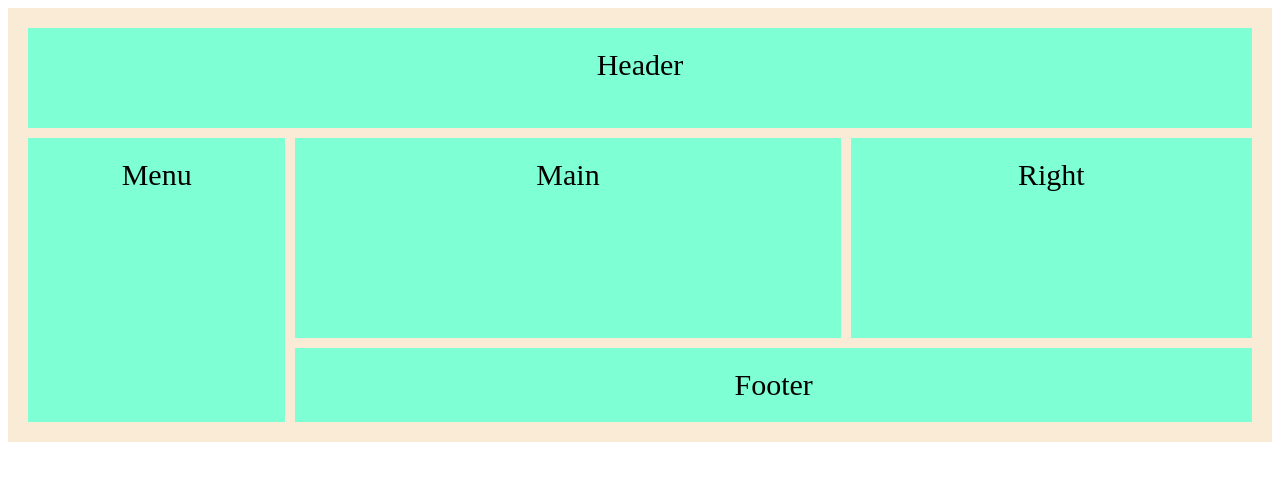
Repository: Thonghehe/Lab1_WEB106
Page: index11.html
These files come from the project's save history. The page is drawn as it stood at one moment and after the next save; the edit follows.
The browser window is 1280 px wide. The pictures show the whole page.

Above is the page before, as saved 2024-03-05 17:38:39.

After the next save:
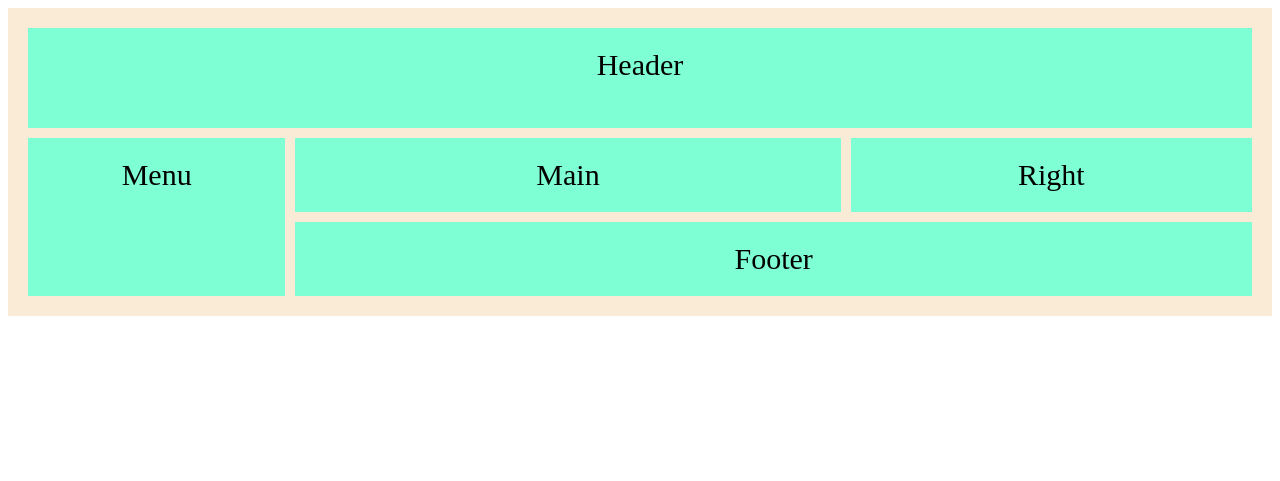
Saved 9 s later.
--- a/style.css
+++ b/style.css
@@ -28,7 +28,7 @@
     padding: 20px;
     background-color: antiquewhite;
     grid-template-columns: auto;
-    grid-template-rows: 100px 200px;
+    grid-template-rows: 100px;
     /* justify-content: space-between; */
     /* align-content: space-around; */
 
